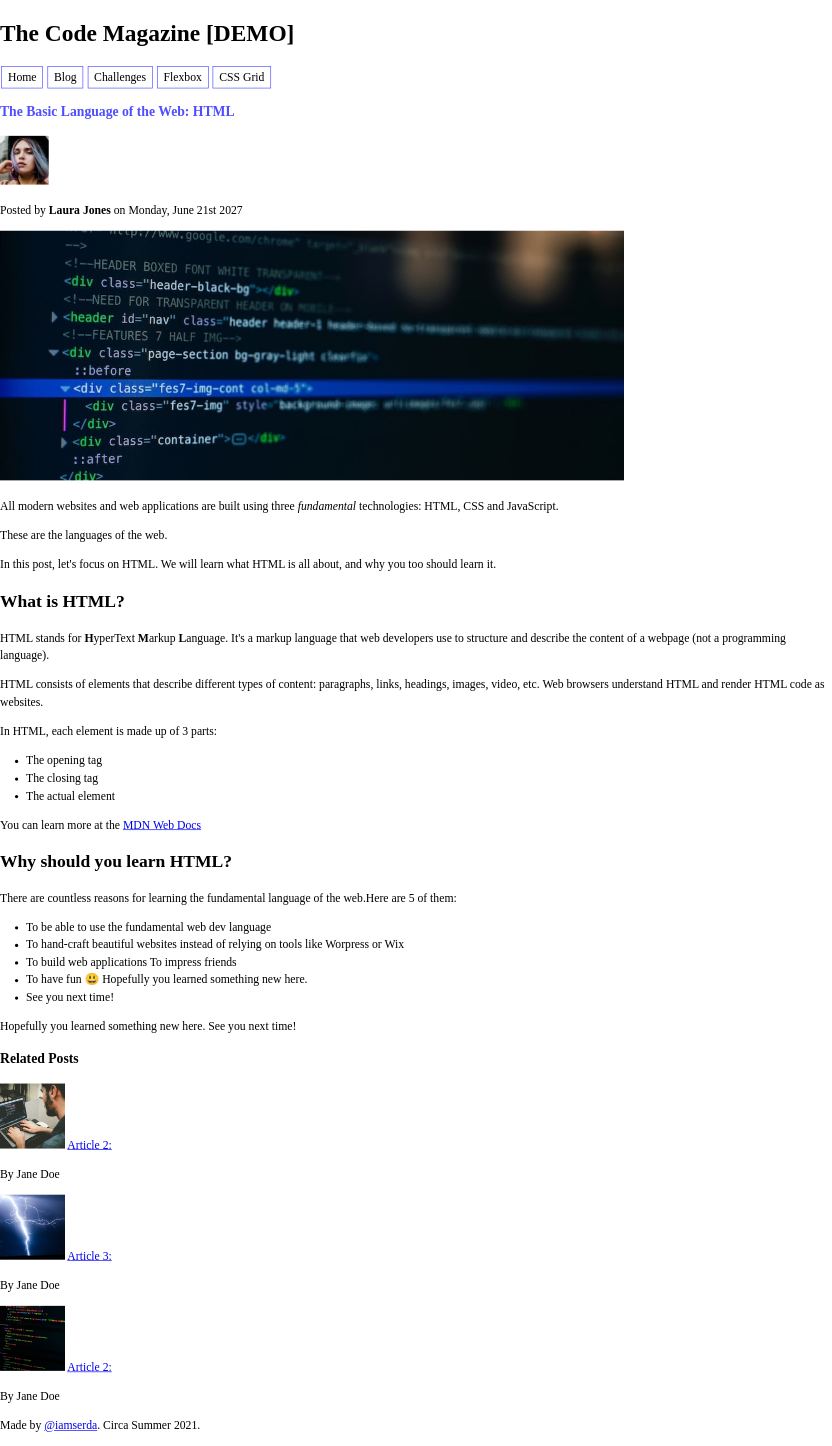
Repository: iamserda/html-css-course
Page: starter/02-HTML-Fundamentals/index.html
The author's editor kept a copy of each file at every save. The page is drawn from the files as they stood at one save, then again after the next save.
The browser window is 1280 px wide. The pictures show the whole page, at 65% of full size.

Above is the page before, as saved 2021-07-17 15:09:43.

### starter/02-HTML-Fundamentals/index.html
<!DOCTYPE html>
<html lang="en">

<head>
    <meta charset="UTF-8" />
    <meta http-equiv="X-UA-Compatible" content="IE=edge" />
    <meta name="viewport" content="width=device-width, initial-scale=1.0" />
    <title>HTML Fundamentals by Laura Jones</title>
    <link href="index.css" rel="stylesheet" />
</head>

<body>
    <header>
        <h1>The Code Magazine [DEMO]</h1>
        <nav>
            <ul>
                <li><a href="index.html">Home</a></li>
                <li><a href="blog/">Blog</a></li>
                <li><a href="challenges/">Challenges</a></li>
                <li><a href="https://css-tricks.com/snippets/css/a-guide-to-flexbox/" target="_blank">Flexbox</a></li>
                <li><a href="https://css-tricks.com/snippets/css/complete-guide-grid/" target="_blank">CSS Grid</a></li>
            </ul>
        </nav>
    </header>
    <main>
        <section>
            <article>
                <header class="article-meta">
                    <h1 class="post-title">The Basic Language of the Web: HTML</h1>
                    <img class="author-pic" src="img/laura-jones.jpg" alt="photo of author laura jones" />
                    <p>Posted by <strong>Laura Jones</strong> on Monday, June 21st 2027</p>
                </header>
                <div class="article-content">
                    <img class="post-image" src="img/post-img.jpg" alt="displaying html code." />
                    <p> All modern websites and web applications are built using three
                        <em>fundamental</em> technologies: HTML, CSS and JavaScript.
                    </p>
                    <p>These are the languages of the web.</p>
                    <p>
                        In this post, let's focus on HTML. We will learn what HTML is all about, and why you too should
                        learn it.
                    </p>

                    <h2>What is HTML?</h2>

                    <p>
                        HTML stands for <b>H</b>yperText <b>M</b>arkup <b>L</b>anguage. It's a markup language that web
                        developers use to structure and describe the content of a webpage (not a programming language).
                    </p>

                    <p>
                        HTML consists of elements that describe different types of content: paragraphs, links, headings,
                        images, video, etc. Web browsers understand HTML and render HTML code as websites.
                    </p>

                    <p>In HTML, each element is made up of 3 parts:</p>
                    <ul>
                        <li>The opening tag</li>
                        <li>The closing tag</li>
                        <li>The actual element</li>
                    </ul>
                    <p>
                        You can learn more at the
                        <a href="https://developer.mozilla.org/en-US/" target="_blank">MDN Web Docs</a>
                    </p>
                    <h2>Why should you learn HTML?</h2>
                    <p>There are countless reasons for learning the fundamental language of the web.Here are 5 of them:
                    </p>
                    <ul>
                        <li>To be able to use the fundamental web dev language</li>
                        <li>To hand-craft beautiful websites instead of relying on tools like Worpress or Wix</li>
                        <li>To build web applications To impress friends</li>
                        <li>To have fun 😃 Hopefully you learned something new here.</li>
                        <li>See you next time!</li>
                    </ul>
                    <p>Hopefully you learned something new here. See you next time!</p>
                </div>
            </article>
        </section>
        <aside>
            <h3>Related Posts</h3>
            <div class="related">
                <img src="img/related-1.jpg" alt="a programmer writing code.">
                <a href="#article2">Article 2:</a>
                <p>By Jane Doe</p>
            </div>
            <div class="related">
                <img src="img/related-2.jpg" alt="a programmer writing code.">
                <a href="#article3">Article 3:</a>
                <p>By Jane Doe</p>
            </div>
            <div class="related">
                <img src="img/related-3.jpg" alt="a programmer writing code.">
                <a href="#article4">Article 2:</a>
                <p>By Jane Doe</p>
            </div>
        </aside>
    </main>
    <footer>
        <p>Made by <a href="https://twitter.com/iamserda">@iamserda</a>. Circa Summer 2021.</p>
    </footer>
</body>

</html>

### starter/02-HTML-Fundamentals/index.css
* {
    box-sizing: border-box;
}

html {
    font-size: 18px;
}

html,
body {
    margin: 0;
    padding: 0;
}

body {
    line-height: 1.5;
}

nav ul {
    padding-left: 0;
}

nav li {
    list-style: none;
    border: 1px solid rgb(79, 77, 255);
    padding: 0.125em 0.5em;
    margin-left: 0.125em;
    display: inline-block;

}

nav a {
    display: block;
    text-decoration: none;
    color: inherit;
    width: 100%;
    height: auto;
}

nav li:hover {
    background-color: rgb(79, 77, 255);

}

nav li:hover a {
    color: white;
}

.related img {
    width: 100%;
    max-width: 100px;
}

.post-title {
    color: rgb(79, 77, 255);
}

.post-image {
    width: 100%;
    max-width: 960px;
    height: auto;
}

.author-pic {
    width: 100%;
    max-width: 75px;
    height: auto;
}

After the next save:
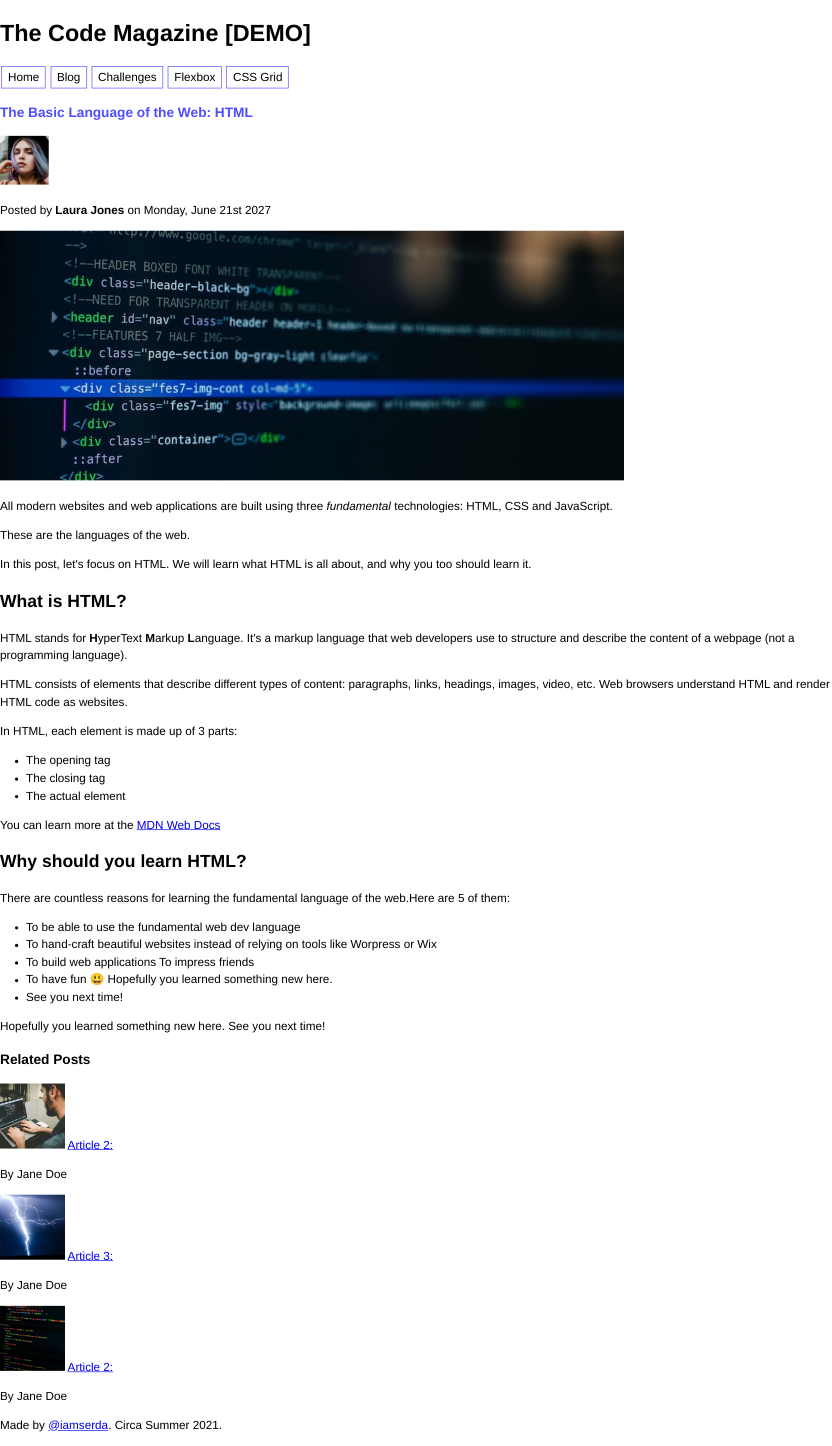
Saved 12 min 2 s later.
--- a/starter/02-HTML-Fundamentals/index.css
+++ b/starter/02-HTML-Fundamentals/index.css
@@ -14,6 +14,7 @@ body {
 
 body {
     line-height: 1.5;
+    font-family: Helvetica, Arial, sans-serif;
 }
 
 nav ul {
